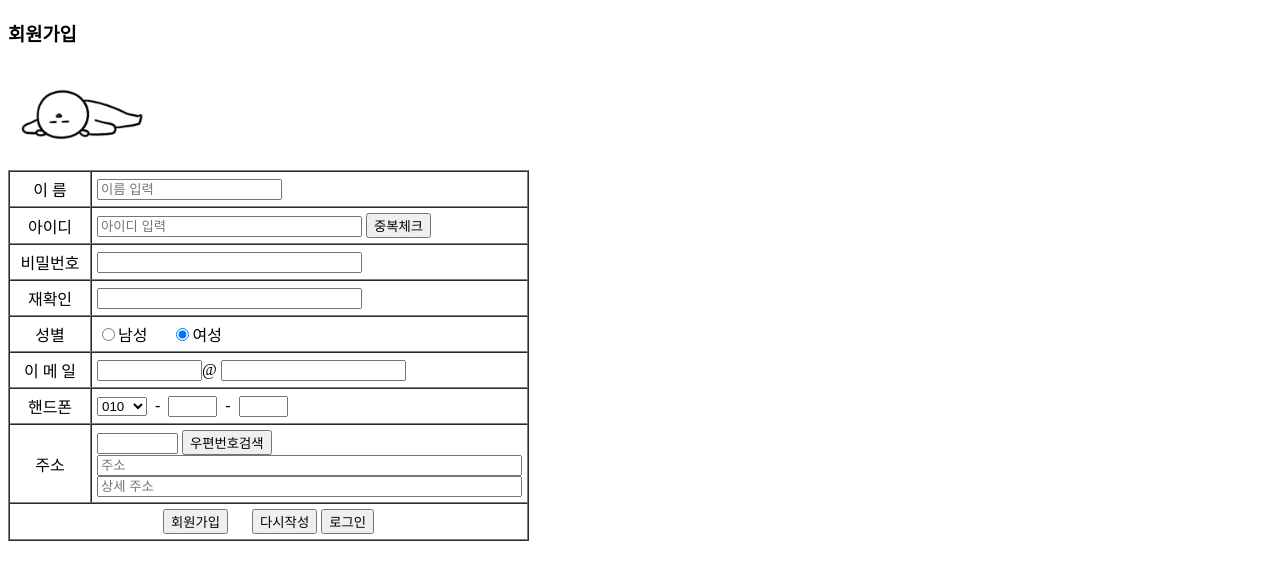
Repository: dahye1013/java-basic-learning
Page: http://localhost/memberJSP/member/writeForm.jsp
The author's editor kept a copy of each file at every save. The page is drawn from the files as they stood at one save, then again after the next save.
The browser window is 1280 px wide. The pictures show the whole page.
The page is served by Tomcat 9.

Above is the page before, as saved 2020-06-10 03:24:24.

After the next save:
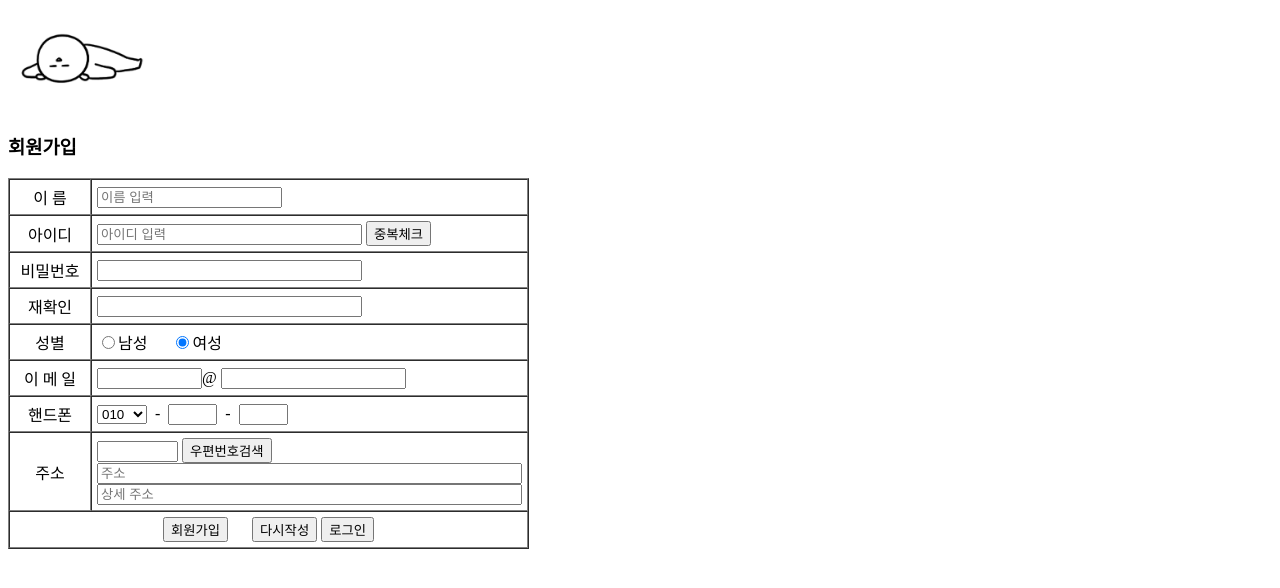
Saved 25 s later.
--- a/memberJSP/WebContent/member/writeForm.jsp
+++ b/memberJSP/WebContent/member/writeForm.jsp
@@ -9,8 +9,8 @@
 <title>회원가입</title>
 </head>
 <body>
+	<img src="../image/bb.PNG" width=150>
 	<h3>회원가입</h3>
-	<img src="../image/bb.PNG" width=150>
 	<form name="writeForm" method="post" action="write.jsp">
 		<table border="1" cellspacing="0" cellpadding="5">
 			<tr>
